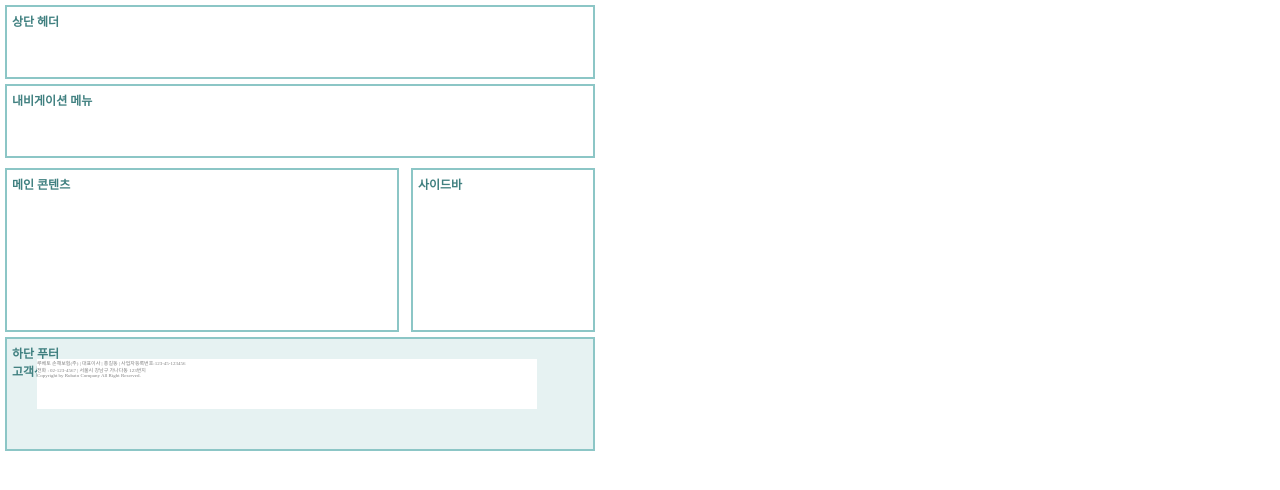
Repository: yeonddu/green_css
Page: web/pro01/songyeonsu/songyeonsu_3.html
These files come from the project's save history. The page is drawn as it stood at one moment and after the next save; the edit follows.
The browser window is 1280 px wide. The pictures show the whole page.

Above is the page before, as saved 2022-12-14 05:46:56.

### web/pro01/songyeonsu/songyeonsu_3.html
<!DOCTYPE html>
<html lang="ko">
<head>
<meta charset="utf-8">
<title>layout</title>
<style>
	* {
		margin:0;
		padding:0;
	}
	body {
		font-size:12px;
		color:rgb(64, 128, 128);
		font-weight:bold;
	}
	.container {
		position:absolute;
		width:600px;
	}
	header {
		position:relative;
		height:60px;
	}

	nav {
		position:relative;
		height:60px;
	}
	section {
		position:relative;
		float:left;
		width:380px;
		height:150px;
	}
	aside {
		position:relative;
		float:right;
		width:170px;
		height:150px;
	}
	footer {
		position:relative;
		clear:both;
		height:100px;
		background-color:rgb(230, 242, 242);
	}

	#address {

		position:absolute;
		top:20px;
		left:30px;
		width:500px;
		height:50px;
		background:white;
		font-size:5px;
		font-weight:normal;
		color:gray;

	}
	header, nav, section, aside, footer {
		border:2px solid rgb(140, 198, 198);
		margin:5px;
		padding:5px;
	}
</style>
</head>
<body>
	<div class="container">
		<header>
			<p>상단 헤더</p>
		</header>
		<nav>
			<p>내비게이션 메뉴
		</nav>

		<section>
			<p> 메인 콘텐츠</p>
		</section>
		<aside>
			<p>사이드바</p>
		</aside>
		<footer>
			<p>하단 푸터</p>
			<div id="address">
				<p>루베토 손해보험(주) | 대표이사 | 홍길동 | 사업자등록번호:123-45-123456<br>
				전화 : 02-123-4567 | 서울시 강남구 가나다동 123번지</p>
				<p>Copyright by Rubato Company All Right Reserved.</p>
			</div>
			<div id="customer">
				<p>고객센터 1588-1234</p>
			</div>
		</footer>
	</div>
</body>
</html>

After the next save:
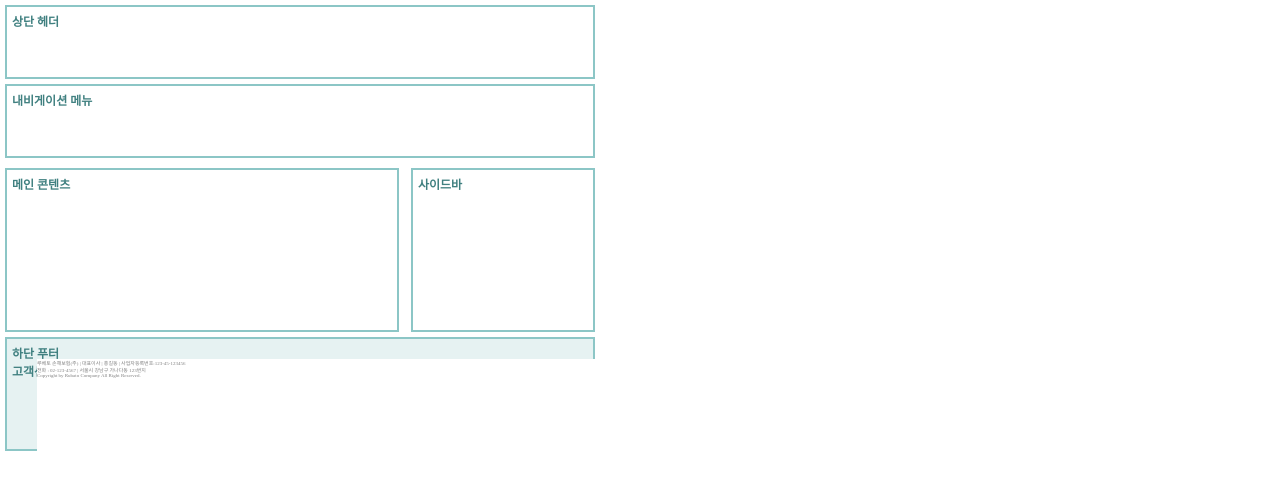
Saved 8 s later.
--- a/web/pro01/songyeonsu/songyeonsu_3.html
+++ b/web/pro01/songyeonsu/songyeonsu_3.html
@@ -50,8 +50,8 @@
 		position:absolute;
 		top:20px;
 		left:30px;
-		width:500px;
-		height:50px;
+		width:600px;
+		height:100px;
 		background:white;
 		font-size:5px;
 		font-weight:normal;
